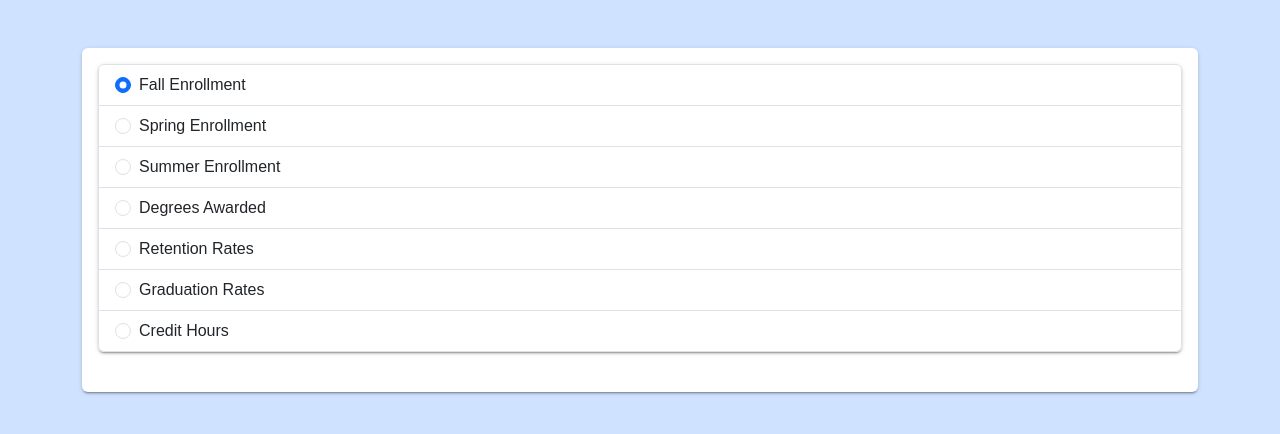
Repository: chancellor-w-whitaker/trying-context
Page: /
The author's editor kept a copy of each file at every save. The page is drawn from the files as they stood at one save, then again after the next save.
The browser window is 1280 px wide. The pictures show the whole page.
The page's requests for data from a server got no answer. Some web fonts or font styles are not loaded; a fallback is used. The project was rebuilt for these pictures with package versions that can differ from the ones it lists, and the page was loaded fresh each time. No one was signed in, and anything a server would have sent is missing. Also part of the build but not shown: vite.config.js.

Above is the page before, as saved 2024-01-14 15:37:47.

After the next save:
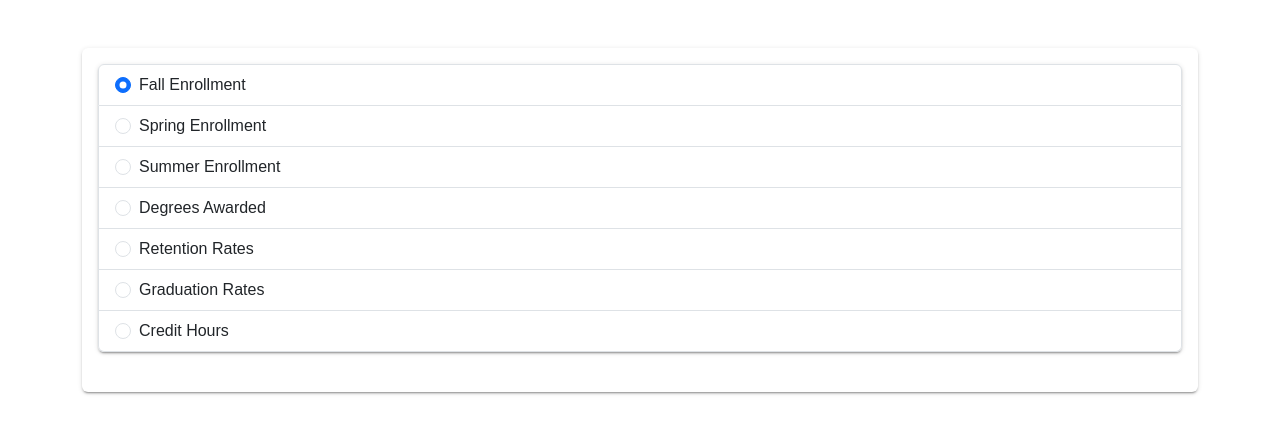
Saved 3 min 52 s later.
--- a/src/App.jsx
+++ b/src/App.jsx
@@ -13,8 +13,6 @@ import { fileNames } from "./constants/fileNames";
 import "./App.css";
 
 const App = () => {
-  useBodyBgVariant("primary-subtle");
-
   const { onColumnFilterChange, columnFilters, onFileChange, fileName } =
     useAppContext();
 
